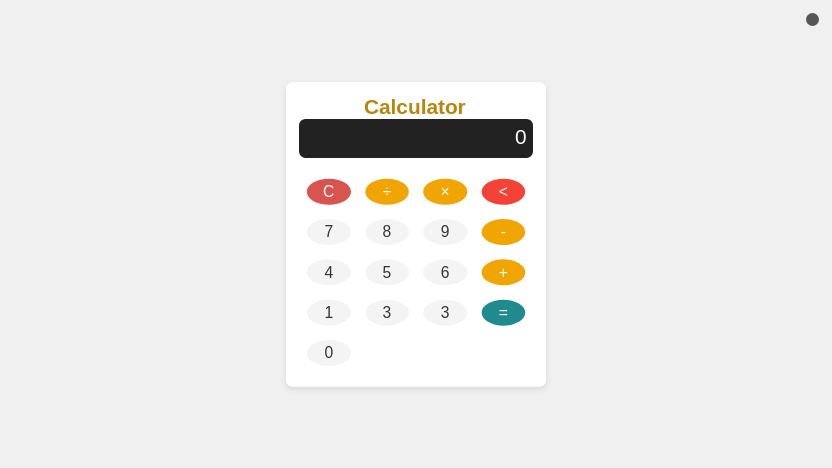
Repository: akhiranandan-04/Calculator
Page: index.html
These files come from the project's save history. The page is drawn as it stood at one moment and after the next save; the edit follows.
The browser window is 1280 px wide. The pictures show the whole page, at 65% of full size.

Above is the page before, as saved 2024-10-09 17:20:07.

### index.html
<!DOCTYPE html>
<html lang="en">
<head>
    <meta charset="UTF-8">
    <meta name="viewport" content="width=device-width, initial-scale=1.0">
    <title>Calculator</title>
    <link rel="stylesheet" href="style.css">
</head>
<body>

    <div class="container">
        <div class="calculater dark">
            <h1>Calculator</h1>
            <div class="theme-toggler active">
                <i class="toggler-icon"></i>
            </div>
            <div class="display-screen">
                <div id="display"><h1>Calculator</h1></div>
            </div>
            <div class="buttons">
                <table>
                    <tr>
                        <td><button class="btn-operater" id="clear">C</button></td>
                        <td><button class="btn-operater" id="/">&divide;</button></td>
                        <td><button class="btn-operater" id="*">&times;</button></td>
                        <td><button class="btn-operater" id="backspace"><</button></td>
                    </tr>
                    <tr>
                        <td><button class="btn-num" id="7">7</button></td>
                        <td><button class="btn-num" id="8">8</button></td>
                        <td><button class="btn-num" id="9">9</button></td>
                        <td><button class="btn-operater" id="-">-</button></td>
                    </tr>
                    <tr>
                        <td><button class="btn-num" id="4">4</button></td>
                        <td><button class="btn-num" id="5">5</button></td>
                        <td><button class="btn-num" id="6">6</button></td>
                        <td><button class="btn-operater" id="+">+</button></td>
                    </tr>
                    <tr>
                        <td><button class="btn-num" id="1">1</button></td>
                        <td><button class="btn-num" id="2">3</button></td>
                        <td><button class="btn-num" id="3">3</button></td>
                        <td><button class="btn-equal" id="equal">=</button></td>
                    </tr>
                    <tr>
                        <td><button class="btn-num" id="0">0</button></td>

                    </tr>
                </table>
            </div>
        </div>
    </div>

    <script src="script.js"></script>

</body>
</html>

### style.css

* {
    margin: 0;
    padding: 0;
    box-sizing: border-box;
    background: linear-gradient(rgba(0,0,0,0.5) red);
}

body {
    font-family: Arial, sans-serif;
    display: flex;
    justify-content: center;
    align-items: center;
    height: 100vh;
    background-color: #f0f0f0;

}

.container {
    display: flex;
    justify-content: center;
    align-items: center;
}
h1{
    align-items: center;
    justify-content: center;
    margin-left: 100px;
    color:darkgoldenrod;
}
.calculater {
    width: 400px;
    background-color: #fff;
    border-radius: 10px;
    box-shadow: 0 4px 10px rgba(0, 0, 0, 0.1);
    padding: 20px;
}


.display-screen {
    width: 100%;
    height: 60px;
    background-color: #222;
    color: white;
    border-radius: 10px;
    text-align: right;
    padding: 10px;
    font-size: 2em;
}

.buttons {
    margin-top: 20px;
}

table {
    width: 100%;
    table-layout: fixed;
}

td {
    width: 25%;
    padding: 10px;
}

button {
    width: 100%;
    height: 40px;
    font-size: 1.5em;
    border: none;
    outline: none;
    border-radius: 10px;
    cursor: pointer;
    transition: background-color 0.3s;
    border-radius: 80%;
}


.btn-num {
    background-color: #f4f4f4;
    color: #333;
}

.btn-operater {
    background-color: #f0a500;
    color: white;
}

.btn-equal {
    background-color: #1f8b8e;
    color: white;
}

button:hover {
    opacity: 0.8;
}

#clear {
    background-color: #d9534f;
    color: white;
}

#backspace {
    background-color: #f44336;
    color: white;
}

/* Theme Toggler */
.theme-toggler {
    position: absolute;
    top: 20px;
    right: 20px;
    background-color: #222;
    color: white;
    padding: 10px;
    border-radius: 50%;
    cursor: pointer;
}

.theme-toggler.active {
    background-color: #555;
}

body.dark .calculater {
    background-color: #333;
}

body.dark .display-screen {
    background-color: #111;
}

body.dark button {
    background-color: #444;
    color: #fff;
}

body.dark #clear {
    background-color: #c9302c;
}

### script.js
const display = document.getElementById('display');
const clear = document.getElementById('clear');
const backspace = document.getElementById('backspace');
const equal = document.getElementById('equal');
const buttons = document.querySelectorAll('.btn-num, .btn-operater');

let currentInput = '';

function updateDisplay() {
    display.innerHTML = currentInput || '0';
}

buttons.forEach(button => {
    button.addEventListener('click', () => {
        const buttonText = button.innerText;

        if (button.classList.contains('btn-num') || button.classList.contains('btn-operater')) {
            currentInput += buttonText;
        }

        updateDisplay();
    });
});

backspace.addEventListener('click', () => {
    currentInput = currentInput.slice(0, -1);
    updateDisplay();
});

clear.addEventListener('click', () => {
    currentInput = '';
    updateDisplay();
});

equal.addEventListener('click', () => {
    try {
        currentInput = eval(currentInput).toString();
    } catch (e) {
        currentInput = 'Error';
    }
    updateDisplay();
});

updateDisplay();

const themeToggler = document.querySelector('.theme-toggler');

themeToggler.addEventListener('click', () => {
    document.body.classList.toggle('dark');
    themeToggler.classList.toggle('active');
});

After the next save:
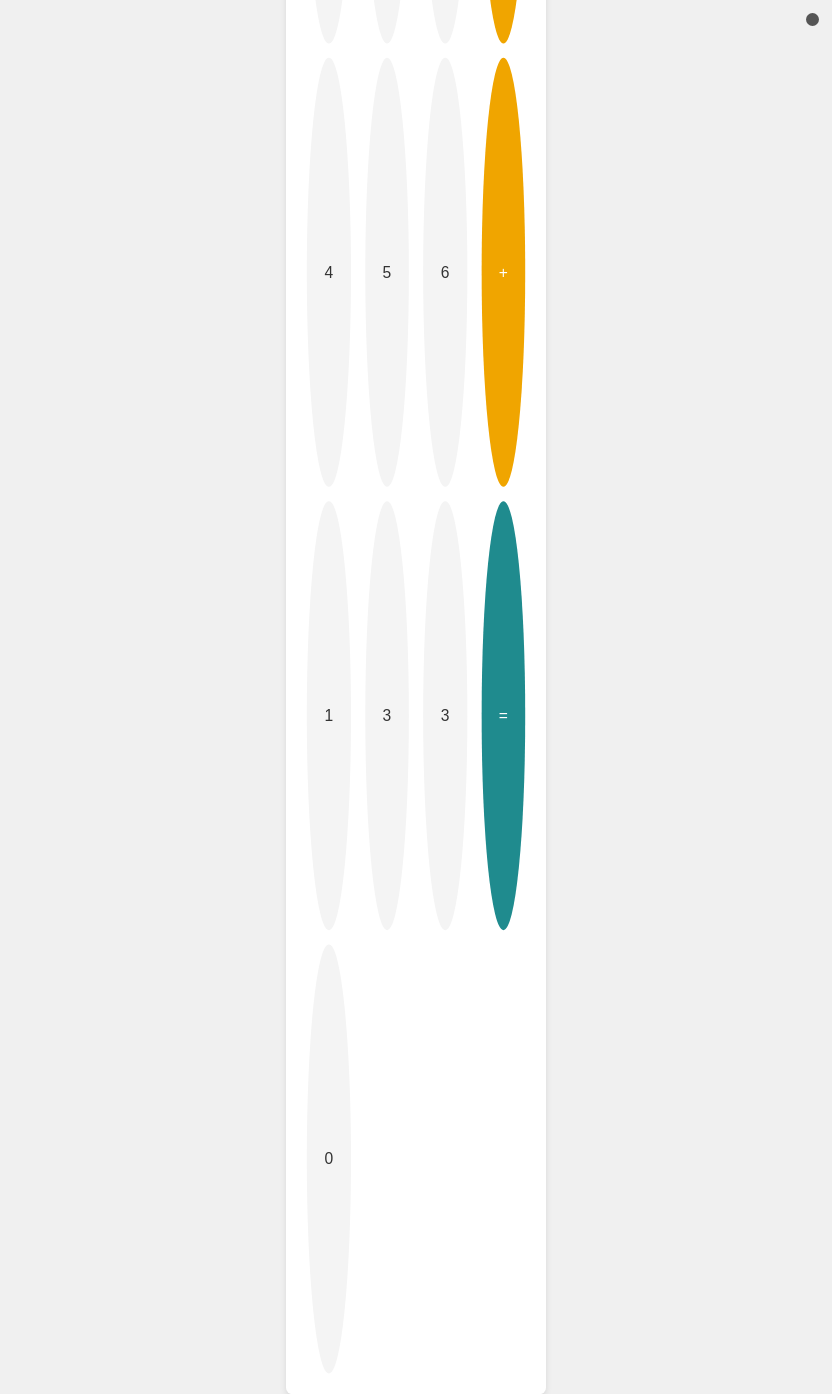
Saved 5 s later.
--- a/style.css
+++ b/style.css
@@ -63,7 +63,7 @@ td {
 
 button {
     width: 100%;
-    height: 40px;
+    height: 660px;
     font-size: 1.5em;
     border: none;
     outline: none;
